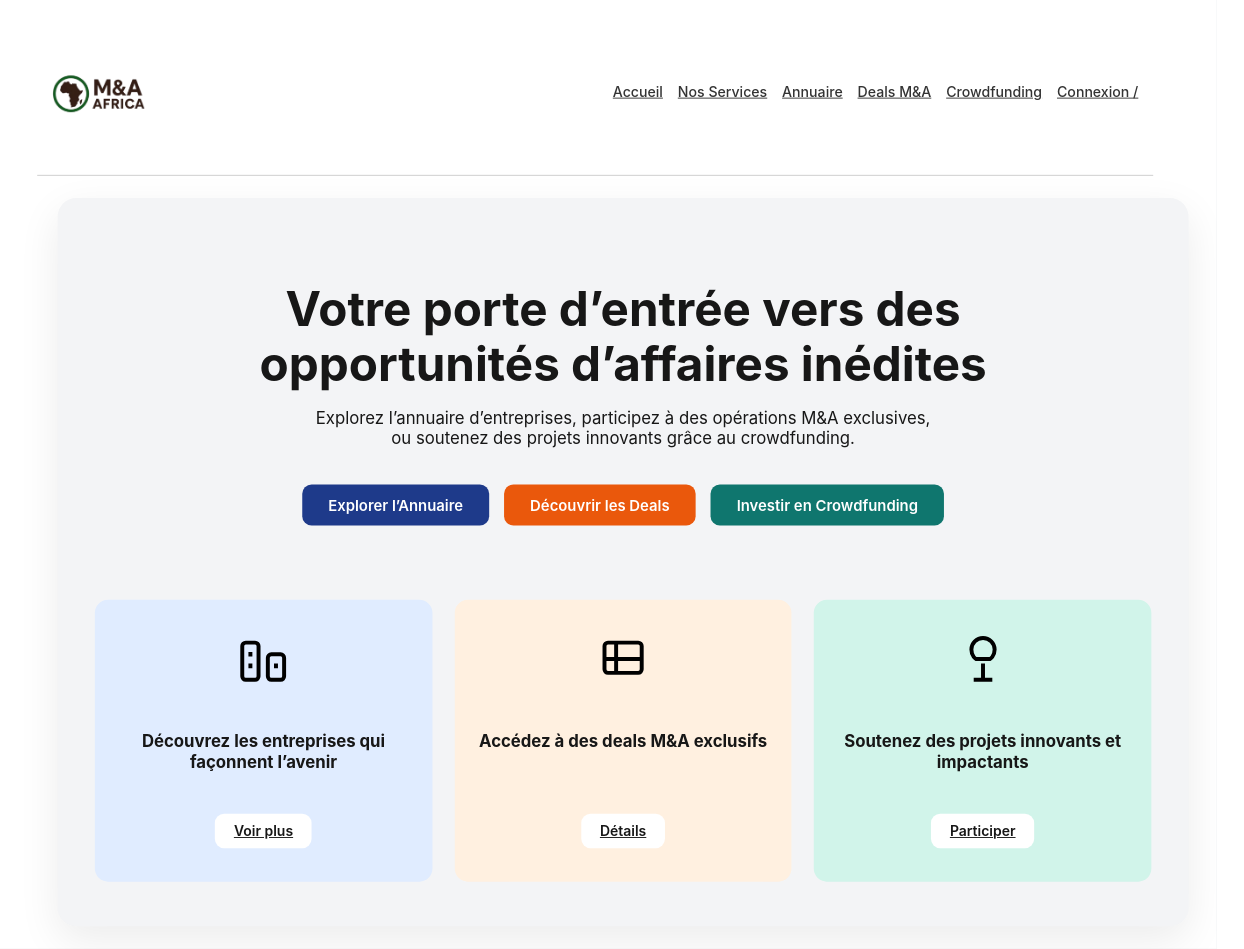
Repository: MFredy25/africa-fusion
Page: /hub
The author's editor kept a copy of each file at every save. The page is drawn from the files as they stood at one save, then again after the next save.
The browser window is 1280 px wide. The page is 1308 px wide, then 1338 px, so the pictures cover 1338 px, including what lies to the right of the window. The pictures show the whole page, at 93% of full size.
The project was rebuilt for these pictures with package versions that can differ from the ones it lists, and the page was loaded fresh each time. The framework's server and built-in components were replaced by stand-ins that run in the browser. Also part of the build but not shown: next.config.js, next.config.ts.

Above is the page before, as saved 2025-06-15 12:08:09.

### src/app/hub/page.tsx
import styles from "../../styles/hub.module.css";
import Link from "next/link";
import HubHeader from "../../components/HubHeader";

export default function Hub() {
  return (
    <div className={styles.page}>
      <HubHeader />

      <div className={styles.pageWrapper}>
        <div className={styles.containerWrapper}>
          <section className={styles.hero}>
            <h1>
              Votre porte&nbsp;d’entrée vers des<br />
              opportunités&nbsp;d’affaires inédites
            </h1>

            <p>
              Explorez l’annuaire d’entreprises, participez à des opérations M&A
              exclusives,<br />
              ou soutenez des projets innovants grâce au crowdfunding.
            </p>

            <div className={styles.actions}>
              <Link href="/annuaire" className={styles.primaryBtn}>
                Explorer l’Annuaire
              </Link>
              <Link href="/deals-m-a" className={styles.secondaryBtn}>
                Découvrir les Deals
              </Link>
              <Link href="/crowdfunding" className={styles.tertiaryBtn}>
                Investir en&nbsp;Crowdfunding
              </Link>
            </div>
          </section>

          <section className={styles.cards}>
            <div className={`${styles.card} ${styles.card1}`}>
              <svg
                className={styles.icon}
                viewBox="0 0 24 24"
                fill="none"
                stroke="currentColor"
                strokeWidth="1.7"
              >
                <rect x="3" y="4" width="7" height="16" rx="1.5" />
                <rect x="14" y="9" width="7" height="11" rx="1.5" />
                <path d="M6.5 8v2M6.5 13v2M17.5 13v2" />
              </svg>
              <p className={styles.cardTitle}>
                Découvrez les entre­prises qui façonnent l’avenir
              </p>
              <Link href="/annuaire" className={styles.cardBtn}>
                Voir plus
              </Link>
            </div>

            <div className={`${styles.card} ${styles.card2}`}>
              <svg
                className={styles.icon}
                viewBox="0 0 24 24"
                fill="none"
                stroke="currentColor"
                strokeWidth="1.7"
              >
                <rect x="4" y="4" width="16" height="13" rx="1.5" />
                <path d="M4 11h16M9 4v13" />
              </svg>
              <p className={styles.cardTitle}>Accédez à des deals M&A exclusifs</p>
              <Link href="/deals-m-a" className={styles.cardBtn}>
                Détails
              </Link>
            </div>

            <div className={`${styles.card} ${styles.card3}`}>
              <svg
                className={styles.icon}
                viewBox="0 0 24 24"
                fill="none"
                stroke="currentColor"
                strokeWidth="1.7"
              >
                <path d="M12 2a5 5 0 0 1 5 5c0 3-2 4-2 4H9s-2-1-2-4a5 5 0 0 1 5-5Z" />
                <path d="M9.5 11h5" />
                <path d="M12 13v7" />
                <path d="M8 20h8" />
              </svg>
              <p className={styles.cardTitle}>
                Soutenez des projets innovants et impactants
              </p>
              <Link href="/crowdfunding" className={styles.cardBtn}>
                Participer
              </Link>
            </div>
          </section>
        </div>
      </div>
    </div>
  );
}

### src/styles/hub.module.css
.page {
  font-family: "Inter", Arial, sans-serif;
  color: var(--text-primary);
  background: #ffffff;
  padding-inline: 1.5rem;
}

.navbar {
  display: flex;
  justify-content: space-between;
  align-items: center;
  padding-block: 1.75rem;
  max-width: 1200px;
  margin-inline: auto;
}

.logo {
  display: flex;
  align-items: center;
  gap: 0.6rem;
  font-weight: 600;
  font-size: 1.1rem;
}

.logoIcon {
  width: 38px;
  height: 38px;
  background: var(--blue);
  border-radius: 8px;
}

.navLinks {
  display: flex;
  gap: 2rem;
  font-size: 0.95rem;
  font-weight: 500;
}

/* ───────────── CONTAINER WRAPPER ───────────── */
.containerWrapper {
  max-width: 1300px;
  margin: 1.5rem auto; /* ↓ Espacement réduit ici */
  padding: 3rem 2.5rem;
  background: #f3f4f6;
  border-radius: 20px;
  box-shadow: 0 15px 45px rgba(0, 0, 0, 0.08);
}

/* ───────────── HERO ───────────── */
.hero {
  text-align: center;
  max-width: 900px;
  margin-inline: auto;
}

.hero h1 {
  font-size: clamp(2rem, 4.2vw, 3.2rem);
  line-height: 1.15;
  font-weight: 700;
  margin-bottom: 1rem;
}

.hero p {
  font-size: 1.125rem;
  color: var(--text-muted);
  margin-bottom: 2.5rem;
}

.actions {
  display: flex;
  flex-wrap: wrap;
  justify-content: center;
  gap: 1rem;
  margin-bottom: 3.5rem;
}

.primaryBtn,
.secondaryBtn,
.tertiaryBtn {
  padding: 0.75rem 1.75rem;
  border: none;
  border-radius: 10px;
  font-weight: 600;
  font-size: 1rem;
  color: #ffffff;
  cursor: pointer;
  text-decoration: none;
}

.primaryBtn {
  background: #1e3a8a;
}

.secondaryBtn {
  background: #ea580c;
}

.tertiaryBtn {
  background: #0f766e;
}

/* ───────────── CARDS ───────────── */
.cards {
  display: flex;
  flex-wrap: nowrap;
  justify-content: space-between;
  gap: 1.5rem;
  max-width: 1200px;
  margin: 5rem auto 0;
}

.card {
  flex: 1 1 30%;
  max-width: 30%;
  display: flex;
  justify-content: center;
}

.card1 {
  background: #e0ecff;
  border-radius: 14px;
  padding: 2.25rem 1.25rem;
  text-align: center;
  display: flex;
  flex-direction: column;
  align-items: center;
  gap: 1.6rem;
}

.card2 {
  background: #fff0e0;
  border-radius: 14px;
  padding: 2.25rem 1.25rem;
  text-align: center;
  display: flex;
  flex-direction: column;
  align-items: center;
  gap: 1.6rem;
}

.card3 {
  background: #d1f4ea;
  border-radius: 14px;
  padding: 2.25rem 1.25rem;
  text-align: center;
  display: flex;
  flex-direction: column;
  align-items: center;
  gap: 1.6rem;
}

.icon {
  width: 60px;
  height: 60px;
}

.cardTitle {
  font-size: 1.125rem;
  font-weight: 700;
  line-height: 1.3;
}

.cardBtn {
  margin-top: auto;
  background: #ffffff;
  color: var(--text-primary);
  border: none;
  border-radius: 10px;
  padding: 0.55rem 1.25rem;
  font-size: 0.94rem;
  font-weight: 600;
  cursor: pointer;
}

/* ───────────── Responsive tweak ───────────── */
@media (max-width: 768px) {
  .card {
    flex: 1 1 100%;
    max-width: none;
  }

  .cards {
    flex-direction: column;
    align-items: center;
  }
}

@media (max-width: 480px) {
  .navLinks {
    gap: 1rem;
    font-size: 0.85rem;
  }

  .actions {
    flex-direction: column;
  }
}

.icon {
  width: 60px;
  height: 60px;
  color: #000000;
}

.pageWrapper {
  padding: 0 30px;
  width: 100%;
}

### src/components/HubHeader.tsx
'use client';

import { useEffect, useState } from 'react';
import Link from 'next/link';
import Image from 'next/image';
import styles from '../styles/hub.module.css';

export default function HubHeader() {
  /* Thème clair / sombre */
  const [isDark, setIsDark] = useState(false);
  useEffect(() => {
    const mq = window.matchMedia('(prefers-color-scheme: dark)');
    const update = () => setIsDark(mq.matches);
    update();
    mq.addEventListener('change', update);
    return () => mq.removeEventListener('change', update);
  }, []);

  const colors = {
    bg: isDark ? '#1a1a1a' : '#ffffff',
    text: isDark ? '#e0e0e0' : '#333333',
    border: isDark ? '#444' : '#ccc',
  };

  return (
    <header
      className={styles.navbar}
      style={{
        background: colors.bg,
        color: colors.text,
        borderBottom: `1px solid ${colors.border}`,
        width: '100%',
      }}
    >
      <div
        style={{
          maxWidth: '1200px',
          width: '100%',
          margin: '0 auto',
          display: 'flex',
          alignItems: 'center',
          justifyContent: 'space-between',
          padding: '0.75rem 1rem',
        }}
      >
        {/* Logo 100×100 commun */}
        <Link href="/" style={{ display: 'flex', alignItems: 'center' }}>
          <Image
            src="/images/fusion_africa.png"
            alt="Logo"
            width={100}
            height={100}
            style={{ objectFit: 'contain' }}
          />
        </Link>

        {/* Navigation */}
        <nav
          className={styles.navLinks}
          style={{
            display: 'flex',
            gap: '1rem',
            whiteSpace: 'nowrap',
            flexWrap: 'nowrap',
            color: colors.text,
          }}
        >
          <Link href="/home" style={{ color: 'inherit' }}>Accueil</Link>
          <Link href="/services" style={{ color: 'inherit' }}>Nos Services</Link>
          <Link href="/annuaire" style={{ color: 'inherit' }}>Annuaire</Link>
          <Link href="/deals-m-a" style={{ color: 'inherit' }}>Deals M&A</Link>
          <Link href="/crowdfunding" style={{ color: 'inherit' }}>Crowdfunding</Link>
          <Link href="/connexion" style={{ color: 'inherit' }}>Connexion /</Link>
        </nav>
      </div>
    </header>
  );
}

Loaded but not shown: src/app/layout.tsx (common file); src/app/globals.css (common file)

After the next save:
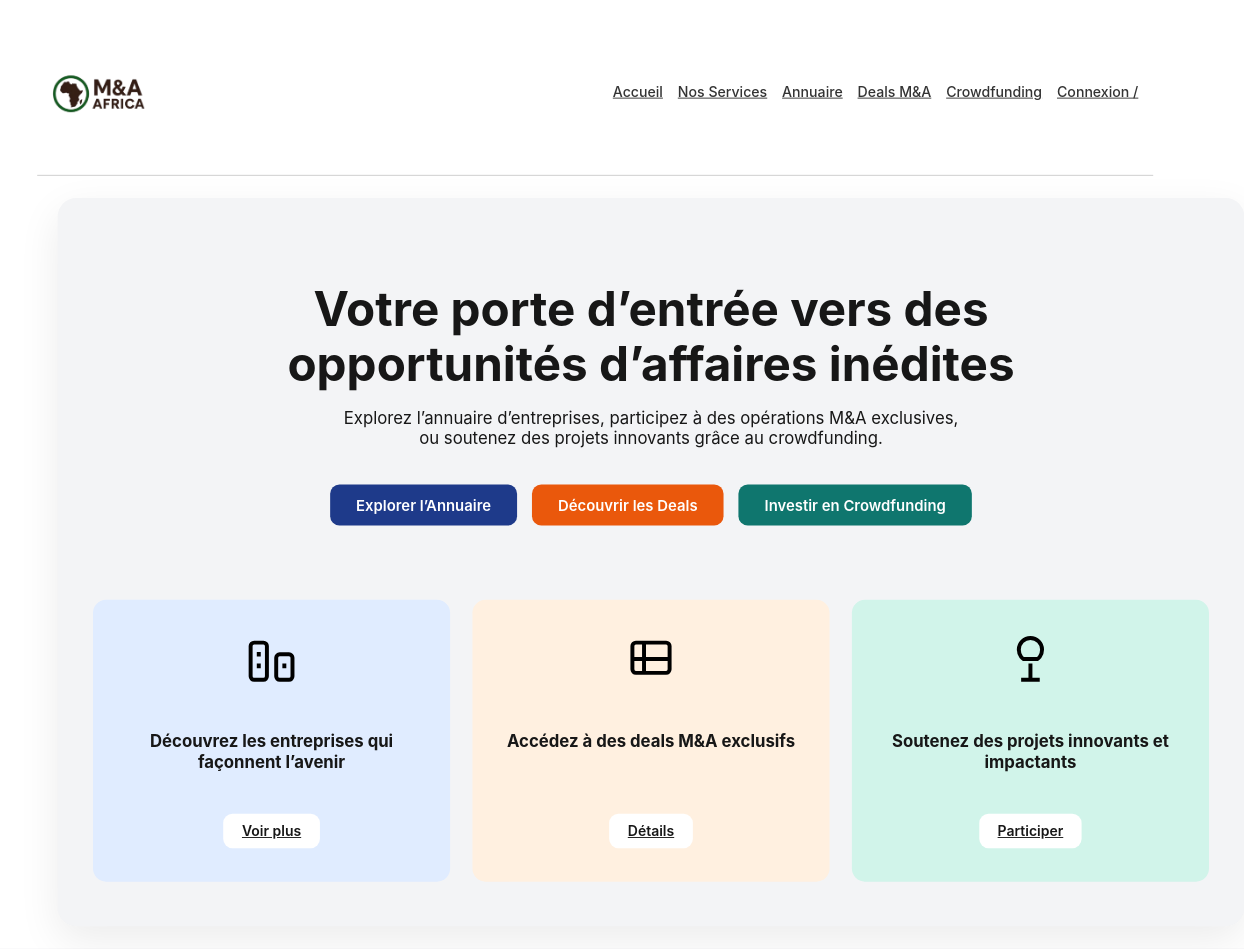
Saved 6 min 14 s later.
--- a/src/styles/hub.module.css
+++ b/src/styles/hub.module.css
@@ -38,9 +38,9 @@
 
 /* ───────────── CONTAINER WRAPPER ───────────── */
 .containerWrapper {
-  max-width: 1300px;
-  margin: 1.5rem auto; /* ↓ Espacement réduit ici */
-  padding: 3rem 2.5rem;
+  width: 100%;          /* ← pleine largeur */
+  margin: 1.5rem 0;     /* marge verticale, plus d’auto-centre */
+  padding: 3rem 30px;   /* padding horizontal 30 px */
   background: #f3f4f6;
   border-radius: 20px;
   box-shadow: 0 15px 45px rgba(0, 0, 0, 0.08);
@@ -202,6 +202,7 @@
   color: #000000;
 }
 
+/* ───────────── PAGE WRAPPER ───────────── */
 .pageWrapper {
   padding: 0 30px;
   width: 100%;
